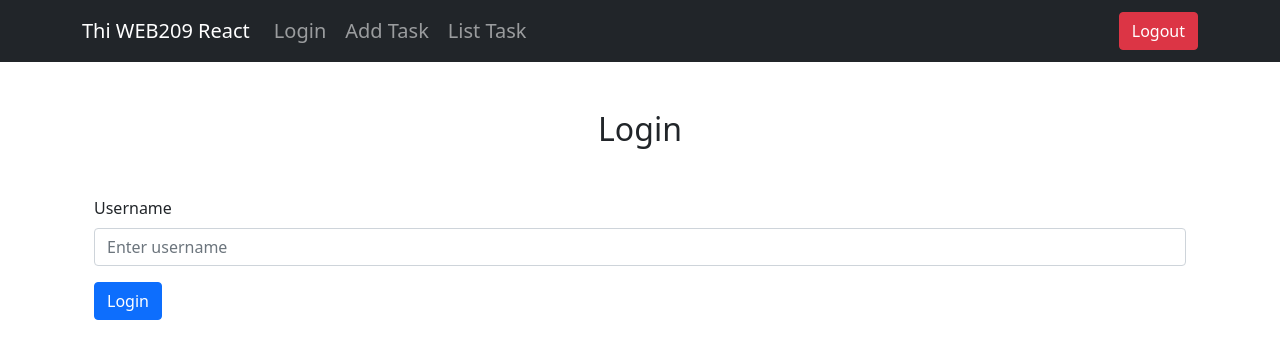
Repository: Lemon-ooo/PersonalTaskManager
Page: /login
The author's editor kept a copy of each file at every save. The page is drawn from the files as they stood at one save, then again after the next save.
The browser window is 1280 px wide. The pictures show the whole page.
The project was rebuilt for these pictures with package versions that can differ from the ones it lists, and the page was loaded fresh each time. Also part of the build but not shown: vite.config.ts, src/services/task.ts, src/hooks/useTask.ts, src/page/TaskList.tsx, src/components/TaskForm.tsx, src/page/TaskAdd.tsx, src/page/TaskEdit.tsx.

Above is the page before, as saved 2025-07-27 03:17:52.

After the next save:
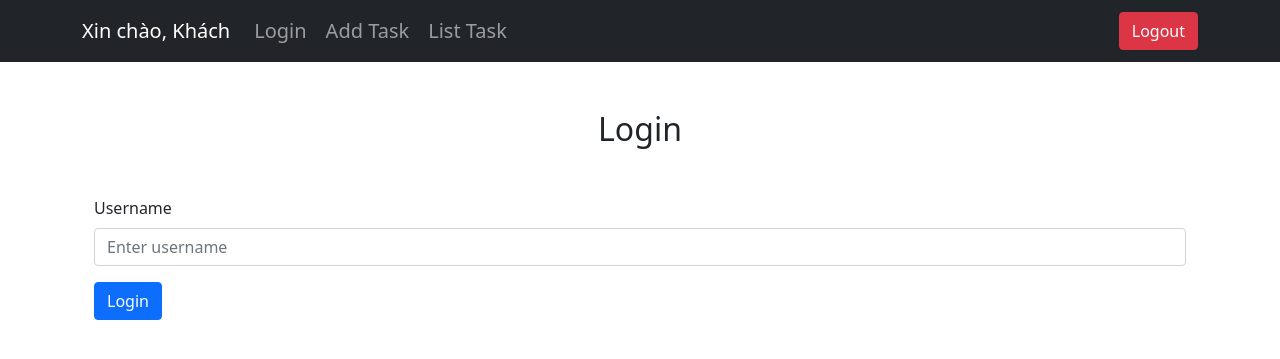
Saved 17 s later.
--- a/src/App.tsx
+++ b/src/App.tsx
@@ -17,7 +17,10 @@ function App() {
     <>
       <nav className="navbar navbar-dark bg-dark navbar-expand-lg">
         <div className="container">
-          <span className="navbar-brand">Thi WEB209 React</span>
+          <span className="navbar-brand">
+            Xin chào, {localStorage.getItem("username") || "Khách"}
+          </span>
+
           <div className="collapse navbar-collapse" id="navbarNav">
             <ul
               className="navbar-nav me-auto mb-2 mb-lg-0"
